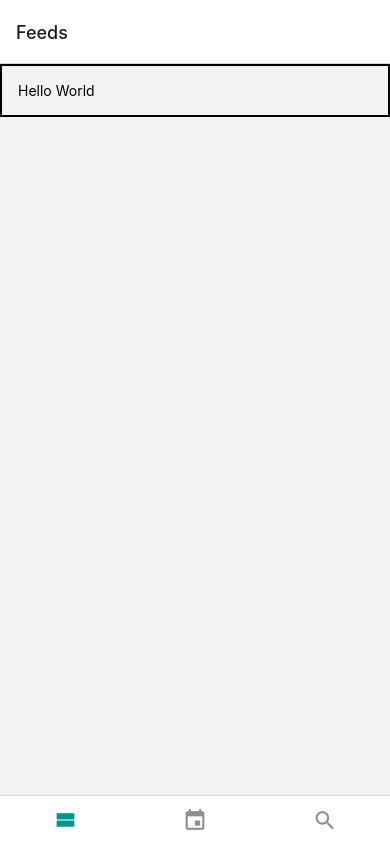
Repository: H-Rn-Study/haebzzang
Screen: / (app in DayLog/)
An editor plug-in stored every save of this project. The screen is shown before and after a run of saves, followed by the edit.
The app was drawn by React Native's web renderer in a window 390 px wide. The project was rebuilt for these pictures with package versions that can differ from the ones it lists, and the page was loaded fresh each time. Also part of the build but not shown: DayLog/screens/CalendarScreen.js, DayLog/screens/SearchScreen.js, DayLog/screens/WriteScreen.js.

Above is the screen before, as saved 2022-11-16 14:59:59.

### DayLog/App.js
import React from "react";
import {NavigationContainer} from '@react-navigation/native';
import RootStack from "./screens/RootStack";
import logContext from "./contexts/LogContext";

function App() {
  return <NavigationContainer>
    <logContext.Provider value = "안녕하세요">
    <RootStack />
    </logContext.Provider>
  </NavigationContainer>;
}

export default App;

### DayLog/screens/RootStack.js
import React from "react";
import { createNativeStackNavigator } from "@react-navigation/native-stack";
import MainTab from "./MainTab";
import WriteScreen from "./WriteScreen";

const Stack = createNativeStackNavigator();

function RootStack() {
    return (
        <Stack.Navigator>
            <Stack.Screen
            name = "MainTab"
            component = {MainTab}
            options = {{headerShown: false}}
            />
            <Stack.Screen name = "Write" component = {WriteScreen} />
        </Stack.Navigator>
    );
}

export default RootStack;

### DayLog/contexts/LogContext.js
import { createContext } from "react";

const logContext = createContext('안녕하세요');

export default logContext;

### DayLog/screens/MainTab.js
import React from "react";
import { createBottomTabNavigator } from "@react-navigation/bottom-tabs";
import FeedsScreen from "./FeedsScreen";
import CalendarScreen from "./CalendarScreen";
import SearchScreen from "./SearchScreen";
import Icon from "react-native-vector-icons/MaterialIcons";

const Tab = createBottomTabNavigator();

function MainTab() {
    return (
        <Tab.Navigator
        tabBarOptions = {{
            showLabel: false,
            activeTintColor: '#009688',
        }}>
            <Tab.Screen name = "Feeds" component = {FeedsScreen}
            options = {{
                tabBarIcon: ({color, size}) => (
                    <Icon name = "view-stream" size = {size} color = {color} />
                ),
            }}
            />
            <Tab.Screen name = "Calendar" component = {CalendarScreen}
            options = {{
                tabBarIcon: ({color, size}) => (
                    <Icon name = "event" size = {size} color = {color} />
                    ),
                }}
            />
            <Tab.Screen name = "Search" component = {SearchScreen}
            options = {{
                tabBarIcon: ({color, size}) => (
                    <Icon name = "search" size = {size} color = {color} />
                ),
            }}
            />
        </Tab.Navigator>
    );
}

export default MainTab;

### DayLog/screens/FeedsScreen.js
import React from "react";
import {StyleSheet, View, Text} from 'react-native';
import LogContext from "../contexts/LogContext";

function FeedsScreen() {
    return (
    <View style = {styles.block}>
        <Box>
            {(value) => <Text>{value}</Text>}
        </Box>
    </View>
    );
}

function Box({children}) {
    return <View style = {styles.box}>{children('Hello World')}</View>;
}

const styles = StyleSheet.create({
    box: {
        borderWidth: 2,
        padding: 16,
        borderBottomColor: 'black',
        marginBottom: 16,
    },
});

export default FeedsScreen;

After the next 3 saves:
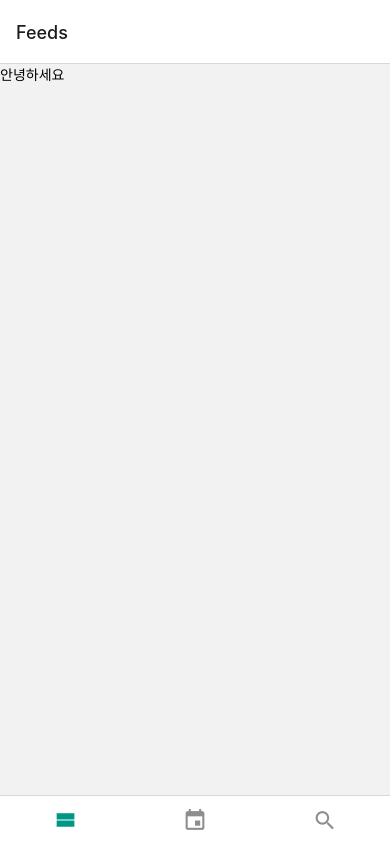
The 3 saves are shown as one change because 2 did not build or start.
The last was saved 2 min 58 s later.
--- a/DayLog/screens/FeedsScreen.js
+++ b/DayLog/screens/FeedsScreen.js
@@ -1,28 +1,16 @@
-import React from "react";
+import React, {useContext} from "react";
 import {StyleSheet, View, Text} from 'react-native';
 import LogContext from "../contexts/LogContext";
 
 function FeedsScreen() {
+    const value = useContext(LogContext);
     return (
     <View style = {styles.block}>
-        <Box>
-            {(value) => <Text>{value}</Text>}
-        </Box>
+        <Text>{value}</Text>
     </View>
     );
 }
 
-function Box({children}) {
-    return <View style = {styles.box}>{children('Hello World')}</View>;
-}
-
-const styles = StyleSheet.create({
-    box: {
-        borderWidth: 2,
-        padding: 16,
-        borderBottomColor: 'black',
-        marginBottom: 16,
-    },
-});
+const styles = StyleSheet.create({});
 
 export default FeedsScreen;
